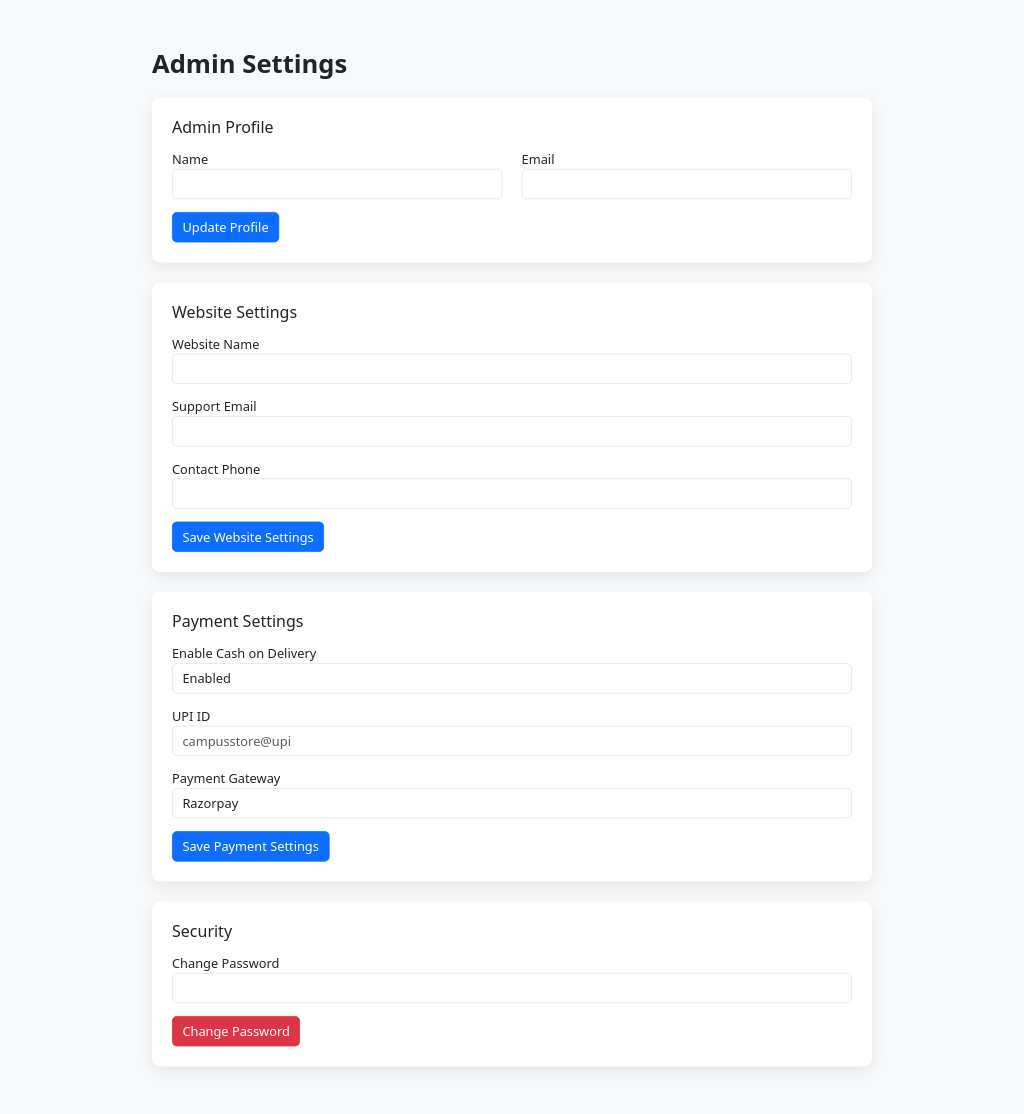
Repository: Kanika0004/CampusStore
Page: admin/settings.html
The author's editor kept a copy of each file at every save. The page is drawn from the files as they stood at one save, then again after the next save.
The browser window is 1280 px wide. The pictures show the whole page, at 80% of full size.

Above is the page before, as saved 2026-03-21 00:44:34.

After the next save:
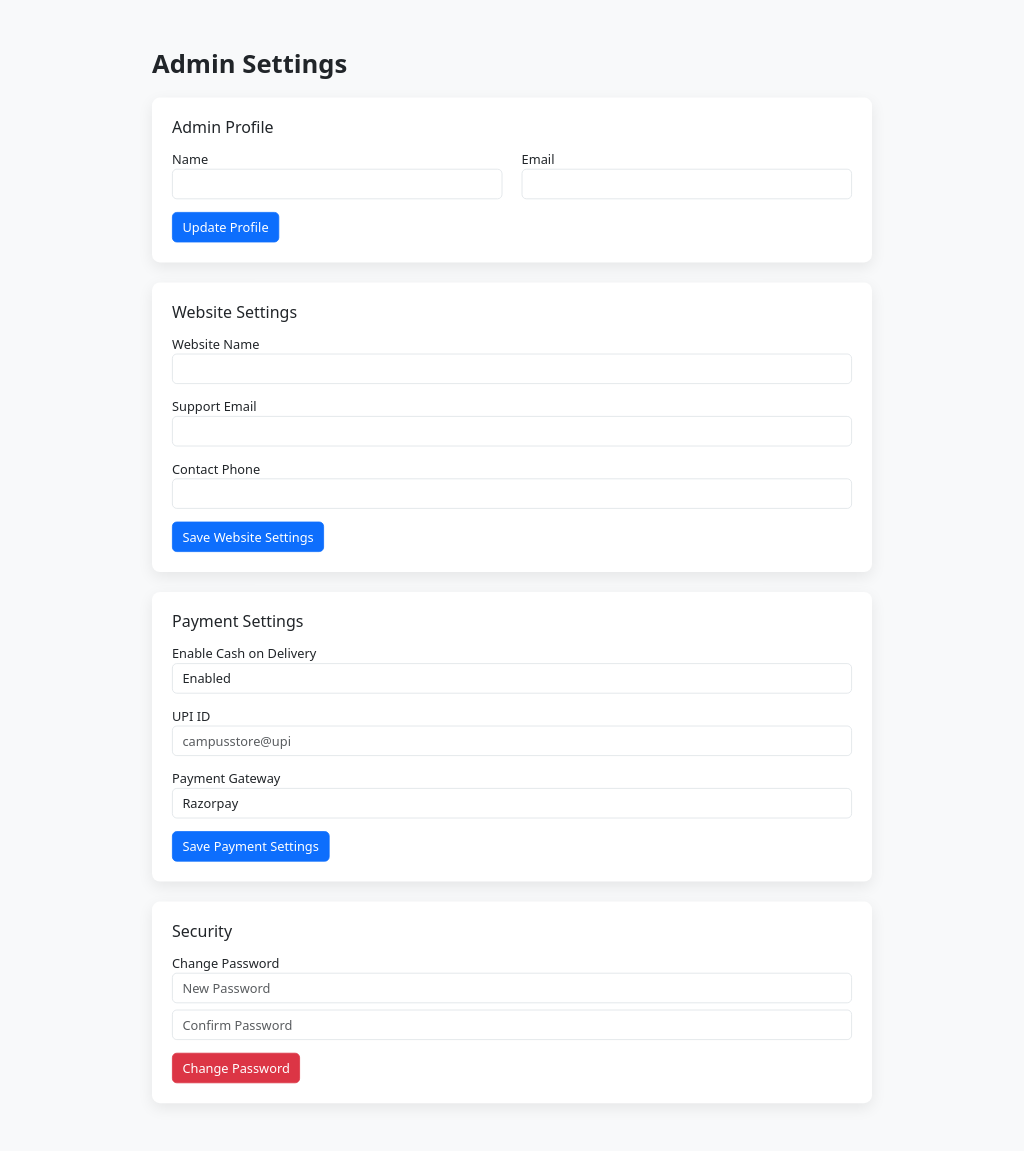
Saved 7 s later.
--- a/admin/settings.html
+++ b/admin/settings.html
@@ -127,8 +127,8 @@ Save Payment Settings
 
 <div class="mb-3">
 <label>Change Password</label>
-<input type="password" id="newPassword" class="form-control">
-</div>
+<input type="password" id="newPassword" class="form-control mb-2" placeholder="New Password">
+<input type="password" id="confirmPassword" class="form-control" placeholder="Confirm Password"></div>
 
 <button class="btn btn-danger" onclick="changePassword()">
 Change Password
